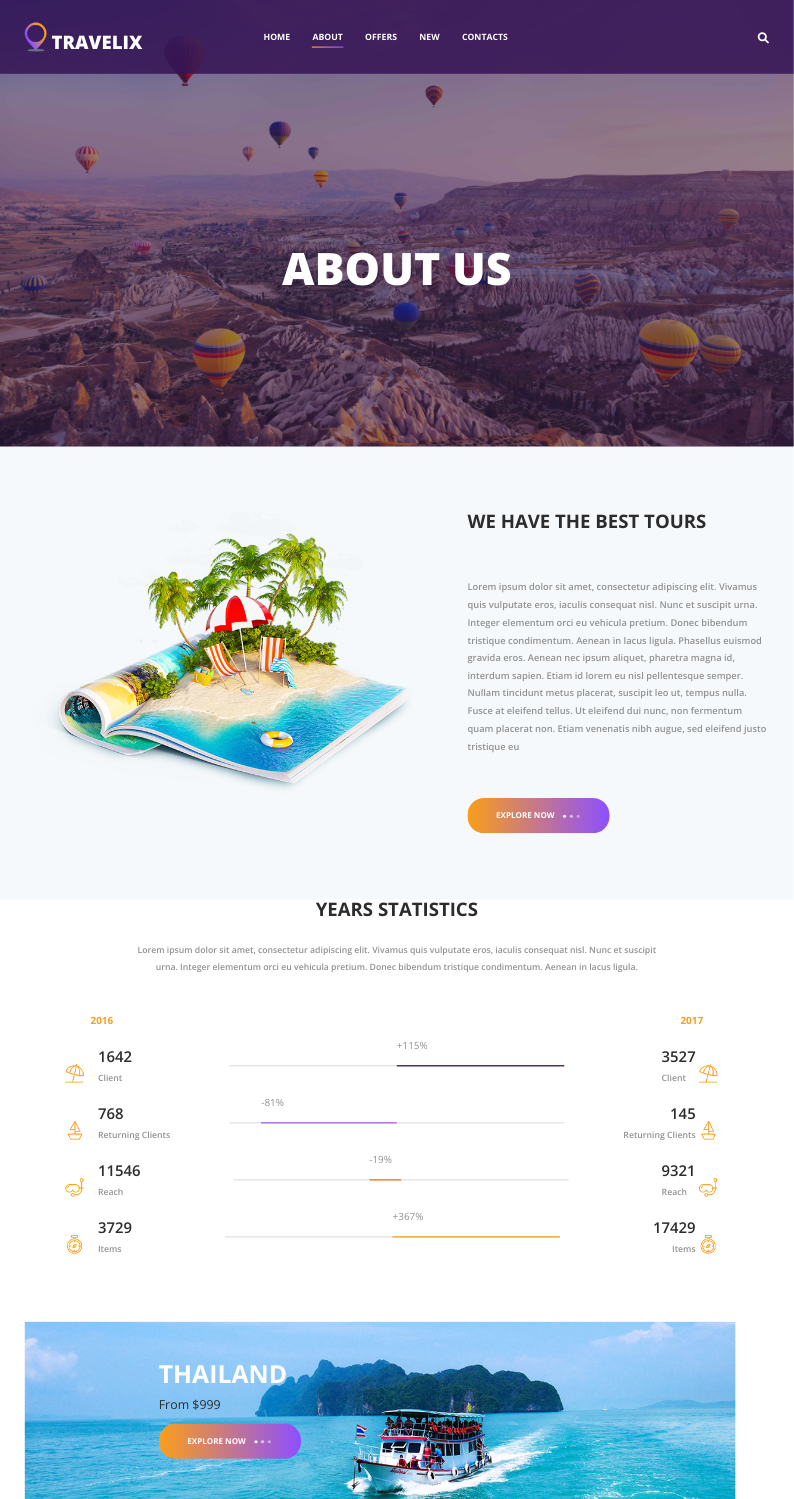
Repository: phamhuuloc/Travelix_Template
Page: about.html
These files come from the project's save history. The page is drawn as it stood at one moment and after the next save; the edit follows.
The browser window is 1280 px wide. The pictures show the whole page, at 62% of full size.
Backgrounds fixed to the window are drawn as part of the page. Some web fonts or font styles are not loaded; a fallback is used.

Above is the page before, as saved 2021-10-13 10:22:40.

### about.html
<!DOCTYPE html>
<html lang="en">
  <head>
    <meta charset="UTF-8" />
    <meta http-equiv="X-UA-Compatible" content="IE=edge" />
    <meta name="viewport" content="width=device-width, initial-scale=1.0" />
    <title>Document</title>
    <link rel="shortcut icon" href="./assets/img/logo.png" />
    <link
      href="https://fonts.googleapis.com/css2?family=Caramel&display=swap"
      rel="stylesheet"
    />
    <!-- GOOGLE FONT -->
    <link
      href="https://fonts.googleapis.com/css2?family=Birthstone&display=swap"
      rel="stylesheet"
    />
    <!-- FONT AWESOME -->
    <link
      rel="stylesheet"
      href="https://cdnjs.cloudflare.com/ajax/libs/font-awesome/6.0.0-beta2/css/all.min.css"
      integrity="sha512-YWzhKL2whUzgiheMoBFwW8CKV4qpHQAEuvilg9FAn5VJUDwKZZxkJNuGM4XkWuk94WCrrwslk8yWNGmY1EduTA=="
      crossorigin="anonymous"
      referrerpolicy="no-referrer"
    />
    <!-- CSS -->
    <link rel="stylesheet" href="./assets/css/reset.css" />
    <link rel="stylesheet" href="./assets/css/grid.css" />
    <link rel="stylesheet" href="./assets/css/base.css" />
    <link rel="stylesheet" href="./assets/css/about.css" />
  </head>
  <body>
    <header class="header">
      <div class="header-topbar" style="display: none">
        <div class="grid wide">
          <div class="header-topbar__container">
            <div class="row">
              <div class="col l-6">
                <div class="header-topbar__contact">
                  <ul>
                    <li>
                      <a href="">+84 945 000 917</a>
                    </li>
                    <li>
                      <a href=""><i class="fab fa-pinterest"></i></a>
                    </li>
                    <li>
                      <a href=""><i class="fab fa-facebook-f"></i></a>
                    </li>
                    <li>
                      <a href=""><i class="fab fa-twitter"></i></a>
                    </li>
                    <li>
                      <a href=""><i class="fab fa-dribbble"></i></a>
                    </li>
                    <li>
                      <a href=""><i class="fab fa-behance"></i></a>
                    </li>
                    <li>
                      <a href=""><i class="fab fa-linkedin-in"></i></a>
                    </li>
                  </ul>
                </div>
              </div>
              <div class="col l-6">
                <div class="header-topbar__login">
                  <ul>
                    <li><a href="">Login</a></li>
                    <li><a href="">|</a></li>
                    <li><a href="">Register</a></li>
                  </ul>
                </div>
              </div>
            </div>
          </div>
        </div>
      </div>
      <div class="header-nav">
        <div class="grid wide">
          <div class="header-nav__container">
            <div class="row">
              <div class="col l-3">
                <div class="logo">
                  <a href="" class="logo__link">
                    <img src="./assets/img/logo.png" alt="" />
                    <h2 class="logo__text">Travelix</h2>
                  </a>
                </div>
              </div>
              <div class="col l-6 m-0 c-0">
                <div class="nav-menu">
                  <ul class="nav-menu__list">
                    <li class="nav-menu__item">
                      <a href="index.html" class="nav-menu__link">Home</a>
                    </li>
                    <li class="nav-menu__item active">
                      <a href="./about.html" class="nav-menu__link">About</a>
                    </li>
                    <li class="nav-menu__item">
                      <a href="" class="nav-menu__link">Offers</a>
                    </li>
                    <li class="nav-menu__item">
                      <a href="" class="nav-menu__link">New</a>
                    </li>
                    <li class="nav-menu__item">
                      <a href="" class="nav-menu__link">Contacts</a>
                    </li>
                  </ul>
                </div>
              </div>
              <div class="col l-3">
                <div class="header-search">
                  <i class="fas fa-search header-search__icon"></i>
                </div>
              </div>
            </div>
          </div>
        </div>
      </div>
    </header>
    <div class="home">
      <div
        class="home-background"
        style="background-image: url(./assets/img/about.jpg)"
      ></div>
      <div class="home__title"><h1>About us</h1></div>
    </div>
    <section class="intro">
      <div class="grid wide">
        <div class="intro__container">
          <div class="row">
            <div class="col l-7 intro__img">
              <img src="./assets/img/intro_about.png" alt="" />
            </div>
            <div class="col l-5 intro__content">
              <h2 class="intro__title">WE HAVE THE BEST TOURS</h2>
              <p class="intro__desc">
                Lorem ipsum dolor sit amet, consectetur adipiscing elit. Vivamus
                quis vulputate eros, iaculis consequat nisl. Nunc et suscipit
                urna. Integer elementum orci eu vehicula pretium. Donec bibendum
                tristique condimentum. Aenean in lacus ligula. Phasellus euismod
                gravida eros. Aenean nec ipsum aliquet, pharetra magna id,
                interdum sapien. Etiam id lorem eu nisl pellentesque semper.
                Nullam tincidunt metus placerat, suscipit leo ut, tempus nulla.
                Fusce at eleifend tellus. Ut eleifend dui nunc, non fermentum
                quam placerat non. Etiam venenatis nibh augue, sed eleifend
                justo tristique eu
              </p>
              <div class="intro__btn">
                <div class="btn">
                  <div class="btn-bg"></div>
                  <a href="#" class="btn-link">
                    explore now
                    <span></span>
                    <span></span>
                    <span></span>
                  </a>
                </div>
              </div>
            </div>
          </div>
        </div>
      </div>
    </section>
    <section class="stats">
      <div class="grid wide">
        <div class="stats__container">
          <h2 class="stats__title">YEARS STATISTICS</h2>
          <div class="wrap_text">
            <p class="stats__text">
              Lorem ipsum dolor sit amet, consectetur adipiscing elit. Vivamus
              quis vulputate eros, iaculis consequat nisl. Nunc et suscipit
              urna. Integer elementum orci eu vehicula pretium. Donec bibendum
              tristique condimentum. Aenean in lacus ligula.
            </p>
          </div>
          <div class="stats__year">
            <div class="stats__year-last">2016</div>
            <div class="stats__year-new">2017</div>
          </div>
          <div class="stats__content">
            <div class="stats__item">
              <div class="stats__last">
                <div class="stats__icon">
                  <img src="./assets/img/stats_1.png" alt="" />
                </div>
                <div class="stats__content">
                  <div class="stats__number">1642</div>
                  <div class="stats__type">Client</div>
                </div>
              </div>
              <div class="stats__bar">
                <div class="stats__bar-perc" style="left: 50%; width: 50%">
                  <div class="stats__bar-value">+115%</div>
                </div>
              </div>
              <div class="stats__new">
                <div class="stats__content">
                  <div class="stats__number">3527</div>
                  <div class="stats__type">Client</div>
                </div>
                <div class="stats__icon">
                  <img src="./assets/img/stats_1.png" alt="" />
                </div>
              </div>
            </div>
            <div class="stats__item">
              <div class="stats__last">
                <div class="stats__icon">
                  <img src="./assets/img/stats_2.png" alt="" />
                </div>
                <div class="stats__last-content">
                  <div class="stats__number">768</div>
                  <div class="stats__type">Returning Clients</div>
                </div>
              </div>
              <div class="stats__bar">
                <div
                  class="stats__bar-perc"
                  style="
                    right: 50%;
                    width: 40.5%;
                    background: rgb(169, 92, 228);
                  "
                >
                  <div class="stats__bar-value">-81%</div>
                </div>
              </div>
              <div class="stats__new">
                <div class="stats__new-content">
                  <div class="stats__number">145</div>
                  <div class="stats__type">Returning Clients</div>
                </div>
                <div class="stats__icon">
                  <img src="./assets/img/stats_2.png" alt="" />
                </div>
              </div>
            </div>
            <div class="stats__item">
              <div class="stats__last">
                <div class="stats__icon">
                  <img src="./assets/img/stats_3.png" alt="" />
                </div>
                <div class="stats__last-content">
                  <div class="stats__number">11546</div>
                  <div class="stats__type">Reach</div>
                </div>
              </div>
              <div class="stats__bar">
                <div
                  class="stats__bar-perc"
                  style="right: 50%; width: 9.5%; background: rgb(250, 111, 27)"
                >
                  <div class="stats__bar-value">-19%</div>
                </div>
              </div>
              <div class="stats__new">
                <div class="stats__content">
                  <div class="stats__number">9321</div>
                  <div class="stats__type">Reach</div>
                </div>
                <div class="stats__icon">
                  <img src="./assets/img/stats_3.png" alt="" />
                </div>
              </div>
            </div>
            <div class="stats__item">
              <div class="stats__last">
                <div class="stats__icon">
                  <img src="./assets/img/stats_4.png" alt="" />
                </div>
                <div class="stats__last-content">
                  <div class="stats__number">3729</div>
                  <div class="stats__type">Items</div>
                </div>
              </div>
              <div class="stats__bar">
                <div
                  class="stats__bar-perc"
                  style="left: 50%; width: 50%; background: rgb(250, 158, 27)"
                >
                  <div class="stats__bar-value">+367%</div>
                </div>
              </div>
              <div class="stats__new">
                <div class="stats__new-content">
                  <div class="stats__number">17429</div>
                  <div class="stats__type">Items</div>
                </div>
                <div class="stats__icon">
                  <img src="./assets/img/stats_4.png" alt="" />
                </div>
              </div>
            </div>
          </div>
        </div>
      </div>
    </section>
    <section class="popular">
      <div class="grid wide">
        <div class="popular__container">
          <div class="popular__background">
            <img src="./assets/img/add.jpg" alt="" class="" />
          </div>
          <div class="popular__content">
            <h2 class="popular__title">Thailand</h2>
            <span class="popular__price">From $999</span>
            <div class="popular__btn">
              <div class="btn">
                <div class="btn-bg"></div>
                <a href="#" class="btn-link">
                  explore now
                  <span></span>
                  <span></span>
                  <span></span>
                </a>
              </div>
            </div>
          </div>
        </div>
      </div>
    </section>
  </body>
</html>

### assets/css/grid.css
.grid {
  width: 100%;
  padding: 0;
}
.grid.wide {
  max-width: 1200px;

  margin: 0 auto;
}
.row {
  display: flex;
  flex-wrap: wrap;
  margin-left: -4px;
  margin-right: -4px;
}
.row.no-gutters {
  margin-left: 0;
  margin-right: 0;
}
.col {
  padding-left: 4px;
  padding-right: 4px;
}
.row.no-gutters .col {
  margin-left: 0;
  margin-right: 0;
}

.c-0 {
  display: none;
}

.c-1 {
  flex: 0 0 8.33333%;
  max-width: 8.33333%;
}

.c-2 {
  flex: 0 0 16.66667%;
  max-width: 16.66667%;
}

.c-3 {
  flex: 0 0 25%;
  max-width: 25%;
}

.c-4 {
  flex: 0 0 33.33333%;
  max-width: 33.33333%;
}

.c-5 {
  flex: 0 0 41.66667%;
  max-width: 41.66667%;
}

.c-6 {
  flex: 0 0 50%;
  max-width: 50%;
}

.c-7 {
  flex: 0 0 58.33333%;
  max-width: 58.33333%;
}

.c-8 {
  flex: 0 0 66.66667%;
  max-width: 66.66667%;
}

.c-9 {
  flex: 0 0 75%;
  max-width: 75%;
}

.c-10 {
  flex: 0 0 83.33333%;
  max-width: 83.33333%;
}

.c-11 {
  flex: 0 0 91.66667%;
  max-width: 91.66667%;
}

.c-12 {
  flex: 0 0 100%;
  max-width: 100%;
}

.c-o-1 {
  margin-left: 8.33333%;
}

.c-o-2 {
  margin-left: 16.66667%;
}

.c-o-3 {
  margin-left: 25%;
}

.c-o-4 {
  margin-left: 33.33333%;
}

.c-o-5 {
  margin-left: 41.66667%;
}

.c-o-6 {
  margin-left: 50%;
}

.c-o-7 {
  margin-left: 58.33333%;
}

.c-o-8 {
  margin-left: 66.66667%;
}

.c-o-9 {
  margin-left: 75%;
}

.c-o-10 {
  margin-left: 83.33333%;
}

.c-o-11 {
  margin-left: 91.66667%;
}
/* TABLET */
@media (min-width: 740px) {
  .row {
    margin-left: -8px;
    margin-right: -8px;
  }
  .col {
    padding-right: 8px;
    padding-left: 8px;
  }
  .m-0 {
    display: none;
  }
  .m-1,
  .m-2,
  .m-3,
  .m-4,
  .m-5,
  .m-6,
  .m-7,
  .m-8,
  .m-9,
  .m-10,
  .m-11,
  .m-12 {
    display: block;
  }

  .m-1 {
    flex: 0 0 8.33333%;
    max-width: 8.33333%;
  }

  .m-2 {
    flex: 0 0 16.66667%;
    max-width: 16.66667%;
  }

  .m-3 {
    flex: 0 0 25%;
    max-width: 25%;
  }

  .m-4 {
    flex: 0 0 33.33333%;
    max-width: 33.33333%;
  }

  .m-5 {
    flex: 0 0 41.66667%;
    max-width: 41.66667%;
  }

  .m-6 {
    flex: 0 0 50%;
    max-width: 50%;
  }

  .m-7 {
    flex: 0 0 58.33333%;
    max-width: 58.33333%;
  }

  .m-8 {
    flex: 0 0 66.66667%;
    max-width: 66.66667%;
  }

  .m-9 {
    flex: 0 0 75%;
    max-width: 75%;
  }

  .m-10 {
    flex: 0 0 83.33333%;
    max-width: 83.33333%;
  }

  .m-11 {
    flex: 0 0 91.66667%;
    max-width: 91.66667%;
  }

  .m-12 {
    flex: 0 0 100%;
    max-width: 100%;
  }

  .m-o-1 {
    margin-left: 8.33333%;
  }

  .m-o-2 {
    margin-left: 16.66667%;
  }

  .m-o-3 {
    margin-left: 25%;
  }

  .m-o-4 {
    margin-left: 33.33333%;
  }

  .m-o-5 {
    margin-left: 41.66667%;
  }

  .m-o-6 {
    margin-left: 50%;
  }

  .m-o-7 {
    margin-left: 58.33333%;
  }

  .m-o-8 {
    margin-left: 66.66667%;
  }

  .m-o-9 {
    margin-left: 75%;
  }

  .m-o-10 {
    margin-left: 83.33333%;
  }

  .m-o-11 {
    margin-left: 91.66667%;
  }
}
/* PC MEDIUM RESOLUTION */
@media (min-width: 1113px) {
  .row {
    margin-left: -12px;
    margin-right: -12px;
  }
  .row.sm-gutter {
    margin-left: -8px;
    margin-right: -8px;
  }
  .col {
    padding-left: 12px;
    padding-right: 12px;
  }
  .row.sm-gutter .col {
    padding-left: 8px;
    padding-right: 8px;
  }
  .l-0 {
    display: none;
  }

  .l-1,
  .l-2,
  .l-2-4,
  .l-3,
  .l-4,
  .l-5,
  .l-6,
  .l-7,
  .l-8,
  .l-9,
  .l-10,
  .l-11,
  .l-12 {
    display: block;
  }

  .l-1 {
    flex: 0 0 8.33333%;
    max-width: 8.33333%;
  }

  .l-2 {
    flex: 0 0 16.66667%;
    max-width: 16.66667%;
  }

  .l-2-4 {
    flex: 0 0 20%;
    max-width: 20%;
  }

  .l-3 {
    flex: 0 0 25%;
    max-width: 25%;
  }

  .l-4 {
    flex: 0 0 33.33333%;
    max-width: 33.33333%;
  }

  .l-5 {
    flex: 0 0 41.66667%;
    max-width: 41.66667%;
  }

  .l-6 {
    flex: 0 0 50%;
    max-width: 50%;
  }

  .l-7 {
    flex: 0 0 58.33333%;
    max-width: 58.33333%;
  }

  .l-8 {
    flex: 0 0 66.66667%;
    max-width: 66.66667%;
  }

  .l-9 {
    flex: 0 0 75%;
    max-width: 75%;
  }

  .l-10 {
    flex: 0 0 83.33333%;
    max-width: 83.33333%;
  }

  .l-11 {
    flex: 0 0 91.66667%;
    max-width: 91.66667%;
  }

  .l-12 {
    flex: 0 0 100%;
    max-width: 100%;
  }

  .l-o-1 {
    margin-left: 8.33333%;
  }

  .l-o-2 {
    margin-left: 16.66667%;
  }

  .l-o-3 {
    margin-left: 25%;
  }

  .l-o-4 {
    margin-left: 33.33333%;
  }

  .l-o-5 {
    margin-left: 41.66667%;
  }

  .l-o-6 {
    margin-left: 50%;
  }

  .l-o-7 {
    margin-left: 58.33333%;
  }

  .l-o-8 {
    margin-left: 66.66667%;
  }

  .l-o-9 {
    margin-left: 75%;
  }

  .l-o-10 {
    margin-left: 83.33333%;
  }

  .l-o-11 {
    margin-left: 91.66667%;
  }
}
/* TABLET AND PC */
@media (min-width: 740px) and (max-width: 1023px) {
  .wide {
    width: 644px;
  }
}
/* > PC  LOW RESOLUTION */
@media (min-width: 1024px) and (max-width: 1239px) {
  .wide {
    width: 984px;
  }
}
.form__item {
  display: flex;
  flex-direction: column;
}

### assets/css/about.css
.home-background {
  background-repeat: no-repeat;
  background-position: bottom center;
  background-attachment: fixed;
  background-size: cover;
}
.home__title {
  position: absolute;
  top: 55%;
  left: 50%;
  transform: translateX(-50%);
}
.home__title h1 {
  font-size: 7.2rem;
  font-weight: 800;
  color: var(--white-color);
  text-transform: uppercase;
}
/* INTRO */
.intro {
  padding: 10.6rem 0;
  background-color: #f6f9fb;
}
.intro__title {
  font-size: 3rem;
  font-weight: 700;
  color: var(--black-color);
  margin-bottom: 7.6rem;
  text-transform: uppercase;
}
.intro__desc {
  font-size: 1.5rem;
  font-weight: 600;
  color: var(--gray-color);
  line-height: 1.9;
}
.intro__btn .btn {
  left: 0;
  transform: translateX(0);
}
.stats__title {
  text-align: center;
  font-size: 3rem;
  font-weight: 700;
  color: var(--black-color);
  margin-bottom: 3.8rem;
}
.wrap_text {
  text-align: center;
  display: flex;
  justify-content: center;
  margin-bottom: 6.6rem;
}
.stats__text {
  font-size: 1.4rem;
  font-weight: 600;
  line-height: 1.9;
  color: var(--gray-color);
  max-width: 84rem;
}
.stats__year {
  display: flex;
  align-items: center;
  justify-content: space-between;
  padding: 0 10.6rem;
  margin-bottom: 3.6rem;
}
.stats__year-last,
.stats__year-new {
  font-size: 1.6rem;
  font-weight: 700;
  color: var(--primary-color);
}
.stats__item {
  display: flex;
  align-items: center;
  justify-content: space-between;
  padding: 0 60px;
  margin-top: 3.8rem;
}
.stats__last {
  display: flex;
  align-items: flex-end;
}
.stats__icon {
  margin-right: 1.8rem;
}
.stats__number {
  font-size: 2.4rem;
  font-weight: 600;
  color: var(--black-color);
  margin-bottom: 1.6rem;
}
.stats__type {
  font-size: 1.4rem;
  font-weight: 600;
  color: var(--gray-color);
}
.stats__new {
  display: flex;
  align-items: flex-end;
}
.stats__last-content {
  text-align: left;
}
.stats__new-content {
  text-align: right;
}
.stats__bar {
  position: relative;
  height: 2px;
  background-color: #e1e1e1;
  width: 50%;
  display: flex;
  flex-direction: column;
}
.stats__bar-value {
  position: absolute;
  top: -40px;
  color: var(--gray-color);
  font-size: 1.6rem;
  text-align: left;
}
.stats__bar-perc {
  position: absolute;
  height: 2px;
  background-color: rgb(49, 18, 75);
}
.popular {
  margin-top: 11rem;
  position: relative;
}
.popular__background {
}
.popular__content {
  position: absolute;
  top: 50%;
  left: 20%;
  transform: translateY(-50%);
}
.popular__title {
  font-size: 4rem;
  font-weight: 700;
  color: var(--white-color);
  text-transform: uppercase;
  margin-bottom: 2rem;
}
.popular__price {
  display: block;
  font-size: 2rem;
  color: var(--black-color);
}
.popular__btn .btn {
  margin-top: 2rem;
}

Loaded but not shown: assets/css/reset.css (common file); assets/css/base.css (441 lines, source omitted)

After the next save:
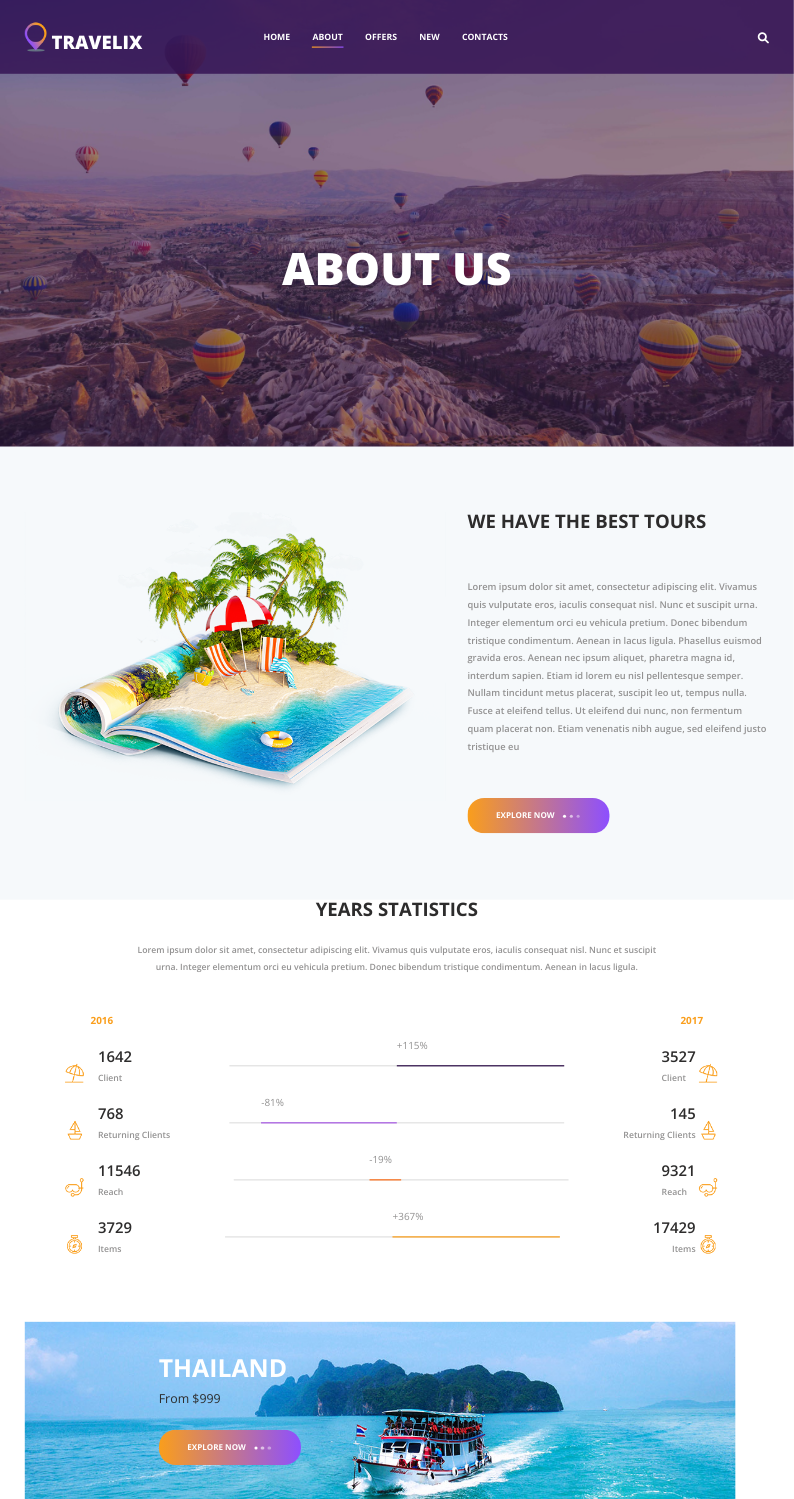
Saved 13 s later.
--- a/assets/css/about.css
+++ b/assets/css/about.css
@@ -151,5 +151,5 @@
   color: var(--black-color);
 }
 .popular__btn .btn {
-  margin-top: 2rem;
+  margin-top: 4rem;
 }
